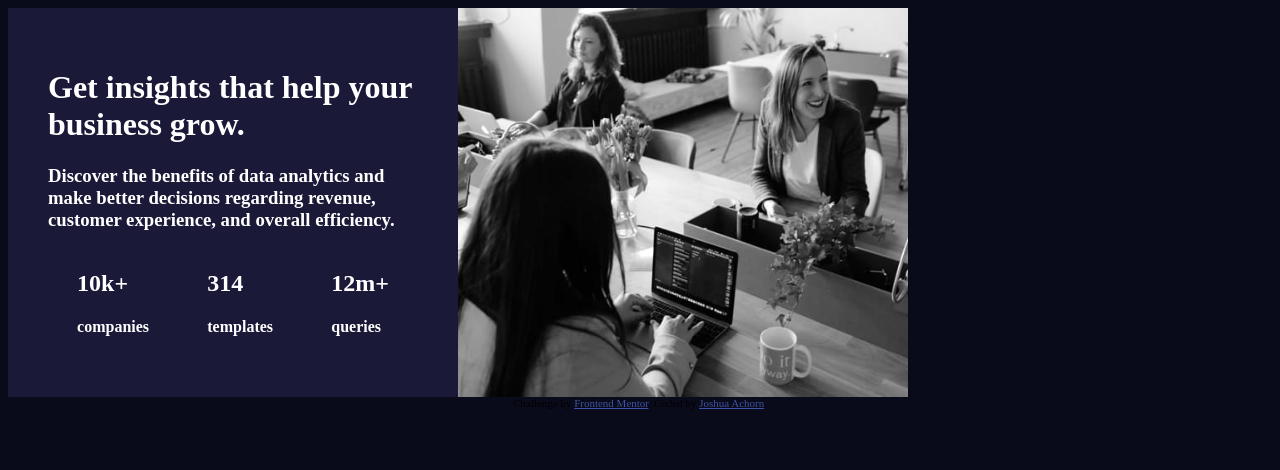
Repository: Achorn/stats-preview-card
Page: index.html
The author's editor kept a copy of each file at every save. The page is drawn from the files as they stood at one save, then again after the next save.
The browser window is 1280 px wide. The pictures show the whole page.

Above is the page before, as saved 2021-06-16 16:14:51.

After the next save:
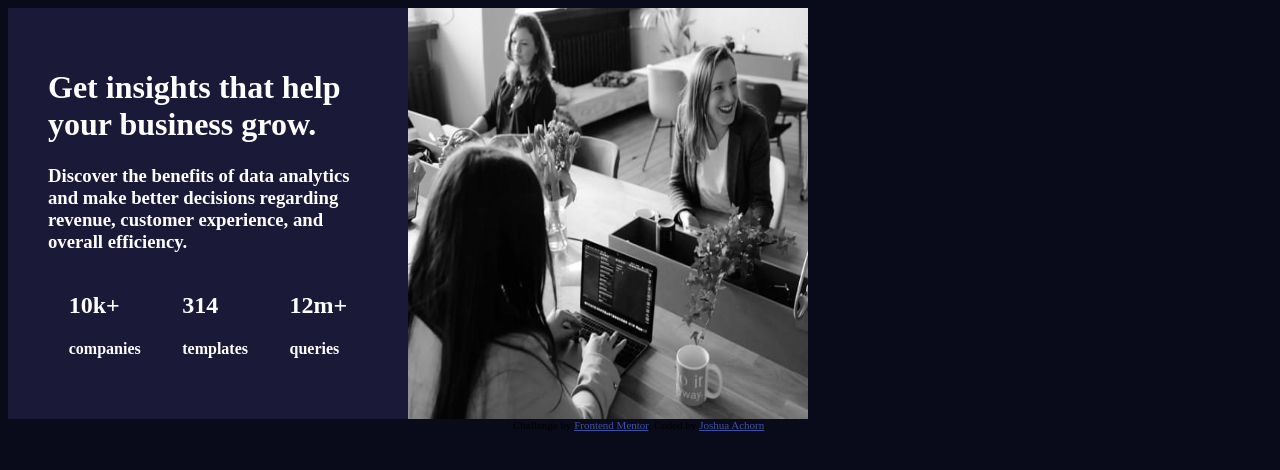
Saved 13 s later.
--- a/styles.css
+++ b/styles.css
@@ -3,7 +3,7 @@ body {
 }
 
 #card-container {
-  width: 900px;
+  width: 800px;
   color: white;
   background-color: hsl(244, 38%, 16%);
   display: flex;
